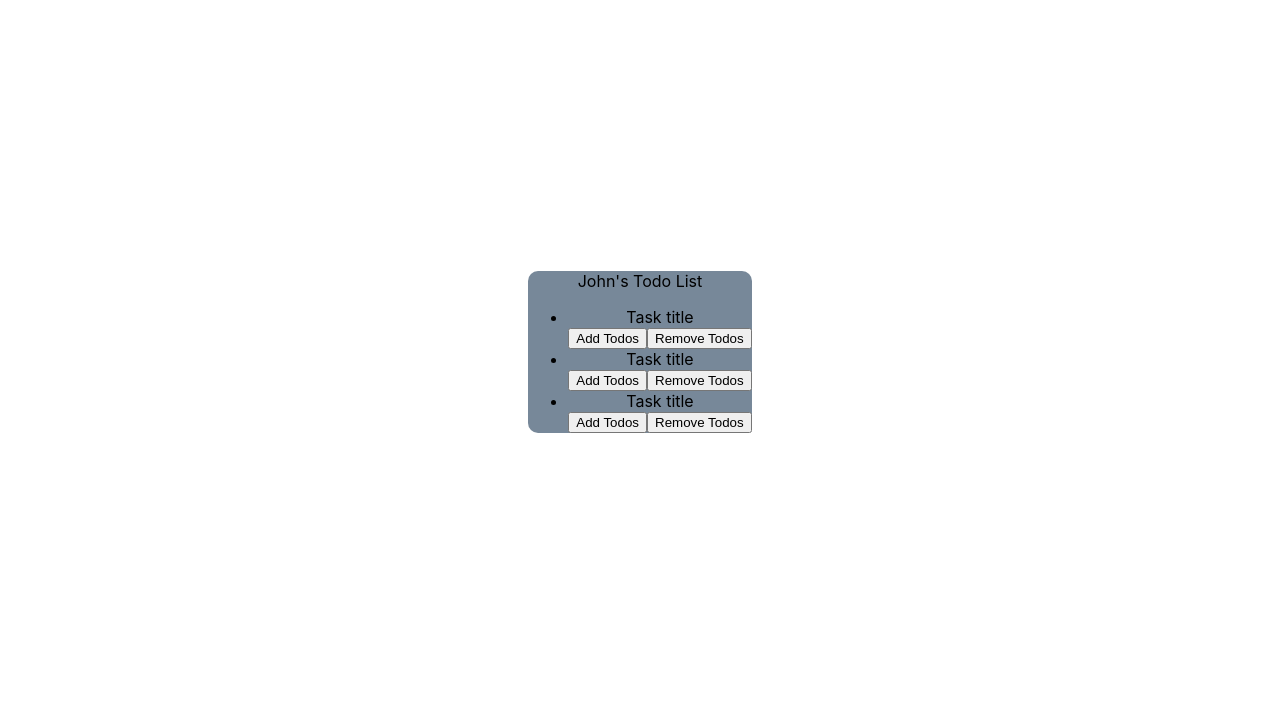
Repository: JohnKang0720/Simple-Todo-List
Page: /
These files come from the project's save history. The page is drawn as it stood at one moment and after the next save; the edit follows.
The browser window is 1280 px wide. The pictures show the whole page.
The project was rebuilt for these pictures with package versions that can differ from the ones it lists, and the page was loaded fresh each time.

Above is the page before, as saved 2021-05-24 21:01:56.

After the next save:
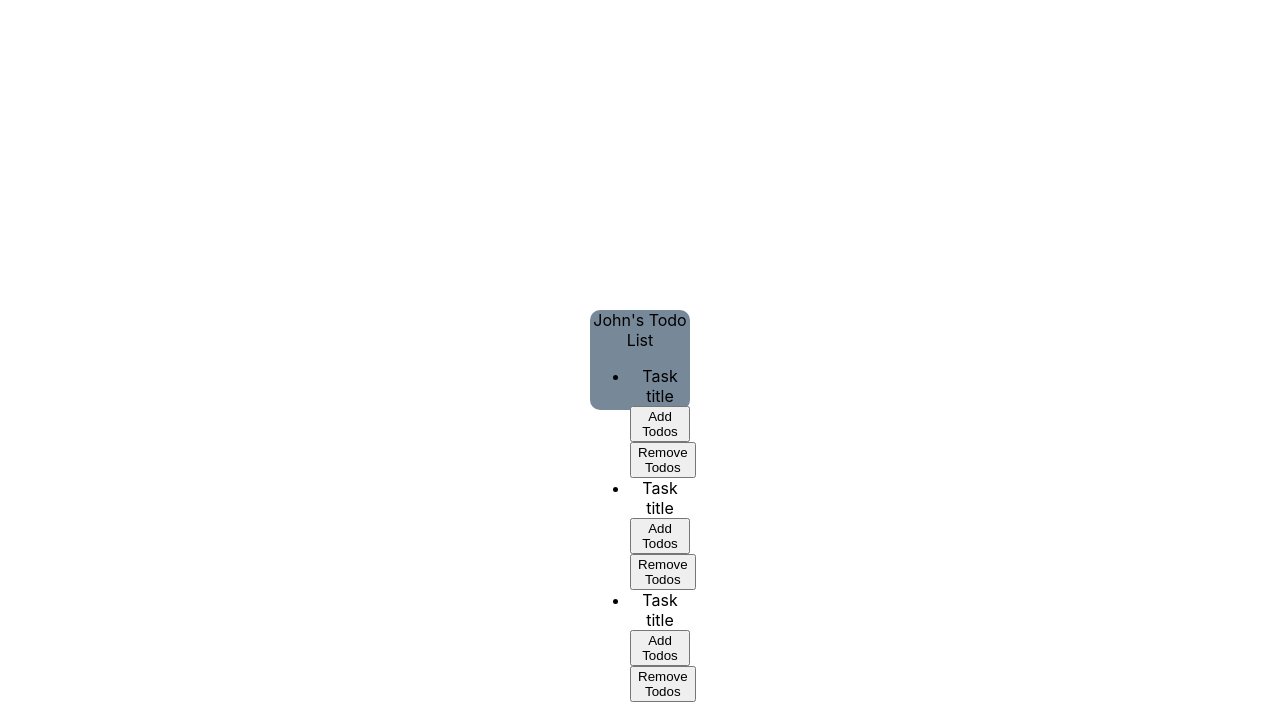
Saved 31 s later.
--- a/src/App.css
+++ b/src/App.css
@@ -36,8 +36,8 @@ body,html{
 }
 .App{
   background: lightslategray;
-  width: 100%;
-  height: 100%;
+  width: 100px;
+  height: 100px;
   position: relative;
   border-radius: 10px;
   box-shadow:black;
